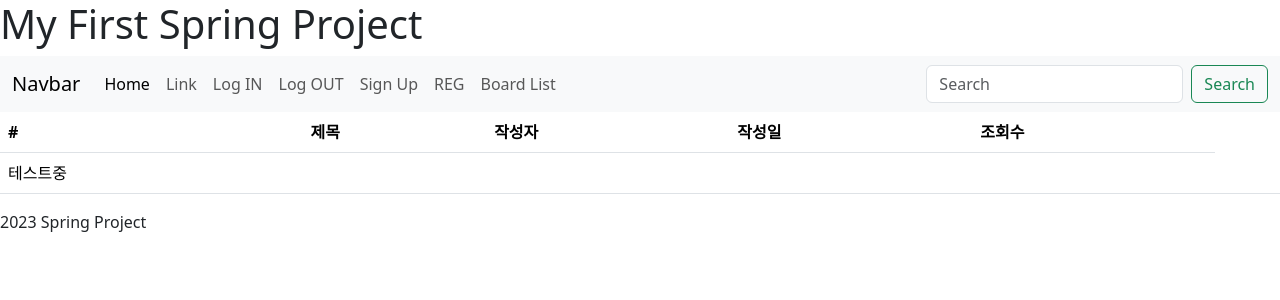
Repository: gatsby5959/_springTest
Page: http://localhost/spring-Test/WEB-INF/views/board/detail.jsp
These files come from the project's save history. The page is drawn as it stood at one moment and after the next save; the edit follows.
The browser window is 1280 px wide. The pictures show the whole page.
The page is served by Tomcat 9. Nobody is signed in. Other server files are loaded and not shown. The template is opened directly, without the code that normally fills it, so the values that code supplies are empty.

Above is the page before, as saved 2023-10-05 09:20:14.

### spring-Test/src/main/webapp/WEB-INF/views/board/detail.jsp
<%@ page language="java" contentType="text/html; charset=UTF-8"
    pageEncoding="UTF-8"%>
<%@ taglib uri="http://java.sun.com/jsp/jstl/core" prefix="c" %>
<!DOCTYPE html>
<html>
<head>
<meta charset="UTF-8">
<title>Insert title here</title>
</head>
<body>


<jsp:include page="../layout/header.jsp"></jsp:include>


<table class="table hover">
<thead>
<tr>
	<th>#</th>
	<th>제목</th>
	<th>작성자</th>
	<th>작성일</th>
	<th>조회수</th>
</tr>
</thead>
<tbody>

	<tr>
		<td>테스트중</td>
		<td>${bno }</td>
		<td>${title }</td>
		<td>${writer }</td>
		<td>${registerDate }</td>
		<td>${read_count }</td>
	</tr>

</tbody>
</table>


<jsp:include page="../layout/footer.jsp"></jsp:include>



</body>
</html>

### spring-Test/src/main/webapp/WEB-INF/views/layout/header.jsp
<%@ page language="java" contentType="text/html; charset=UTF-8"
    pageEncoding="UTF-8"%>
<%@ taglib uri="http://java.sun.com/jsp/jstl/core" prefix="c" %>
<!DOCTYPE html>
<html>
<head>
<meta charset="UTF-8">
<link href="https://cdn.jsdelivr.net/npm/bootstrap@5.3.1/dist/css/bootstrap.min.css" rel="stylesheet" integrity="sha384-4bw+/aepP/YC94hEpVNVgiZdgIC5+VKNBQNGCHeKRQN+PtmoHDEXuppvnDJzQIu9" crossorigin="anonymous">
<script src="https://cdn.jsdelivr.net/npm/bootstrap@5.3.1/dist/js/bootstrap.bundle.min.js" integrity="sha384-HwwvtgBNo3bZJJLYd8oVXjrBZt8cqVSpeBNS5n7C8IVInixGAoxmnlMuBnhbgrkm" crossorigin="anonymous"></script>
<title>Insert title here</title>

</head>
<body>
<h1> My First Spring Project </h1>

<nav class="navbar navbar-expand-lg bg-body-tertiary">
  <div class="container-fluid">
    <a class="navbar-brand" href="#">Navbar</a>
    <button class="navbar-toggler" type="button" data-bs-toggle="collapse" data-bs-target="#navbarSupportedContent" aria-controls="navbarSupportedContent" aria-expanded="false" aria-label="Toggle navigation">
      <span class="navbar-toggler-icon"></span>
    </button>
    <div class="collapse navbar-collapse" id="navbarSupportedContent">
      <ul class="navbar-nav me-auto mb-2 mb-lg-0">
        <li class="nav-item">
          <a class="nav-link active" aria-current="page" href="#">Home</a>
        </li>
        <li class="nav-item">
          <a class="nav-link" href="#">Link</a>
        </li>
<!--         <li class="nav-item dropdown"> -->
<!--           <a class="nav-link dropdown-toggle" href="#" role="button" data-bs-toggle="dropdown" aria-expanded="false"> -->
<!--             Dropdown -->
<!--           </a> -->
<!--           <ul class="dropdown-menu"> -->
<!--             <li><a class="dropdown-item" href="#">Action</a></li> -->
<!--             <li><a class="dropdown-item" href="#">Another action</a></li> -->
<!--             <li><hr class="dropdown-divider"></li> -->
<!--             <li><a class="dropdown-item" href="#">Something else here</a></li> -->
<!--           </ul> -->
<!--         </li> -->
        <li class="nav-item">
          <a class="nav-link" href="#">Log IN</a>
        </li>
        <li class="nav-item">
          <a class="nav-link" href="#">Log OUT</a>
        </li>
        <li class="nav-item">
          <a class="nav-link" href="#">Sign Up</a>
        </li>
        <li class="nav-item">
          <a class="nav-link" href="/board/register">REG</a> <!-- 컨트롤러board의 register로 가라 -->
        </li>
        <li class="nav-item">
          <a class="nav-link" href="/board/list">Board List</a>
        </li>
      </ul>
      <form class="d-flex" role="search">
        <input class="form-control me-2" type="search" placeholder="Search" aria-label="Search">
        <button class="btn btn-outline-success" type="submit">Search</button>
      </form>
    </div>
  </div>
</nav>

### spring-Test/src/main/webapp/WEB-INF/views/layout/footer.jsp
<%@ page language="java" contentType="text/html; charset=UTF-8"
    pageEncoding="UTF-8"%>

<div>
2023 Spring Project
</div>
</body>
</html>

After the next save:
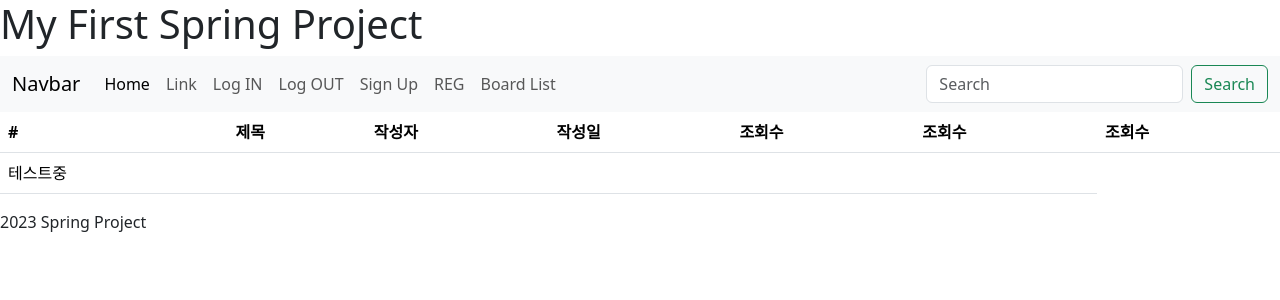
Saved 47 min 46 s later.
--- a/spring-Test/src/main/webapp/WEB-INF/views/board/detail.jsp
+++ b/spring-Test/src/main/webapp/WEB-INF/views/board/detail.jsp
@@ -20,6 +20,8 @@
 	<th>제목</th>
 	<th>작성자</th>
 	<th>작성일</th>
+	<th>조회수</th>
+	<th>조회수</th>
 	<th>조회수</th>
 </tr>
 </thead>
